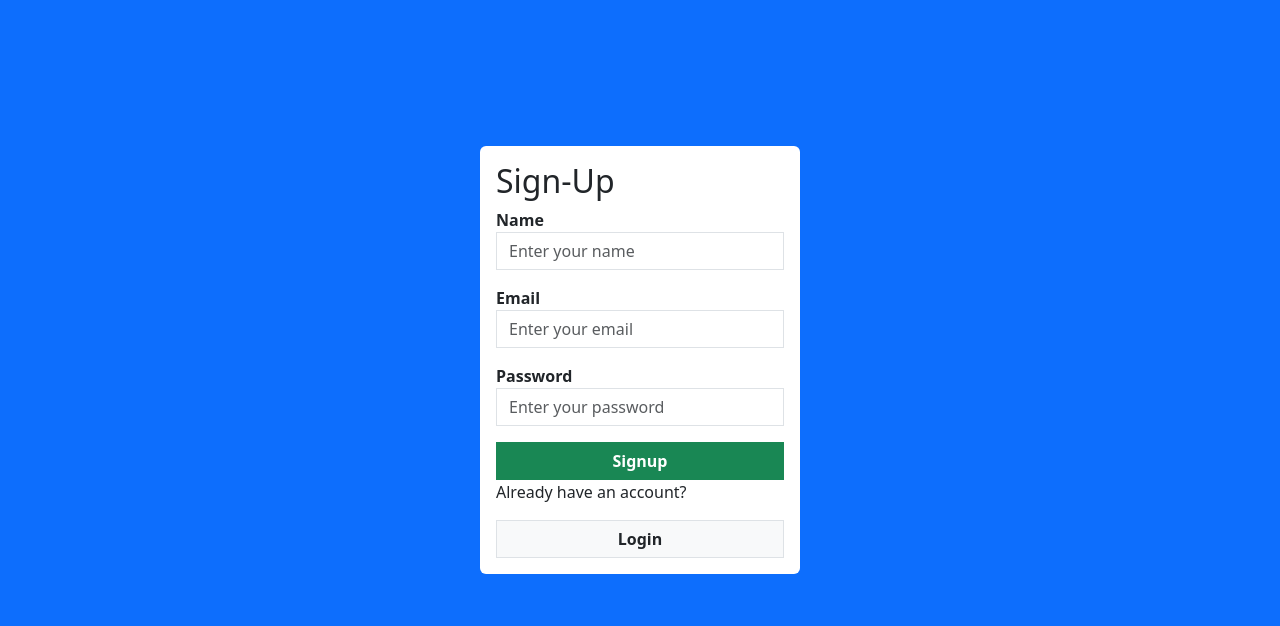
Repository: Habeebur1493/App
Page: /signup (app in frontend/src/)
The author's editor kept a copy of each file at every save. The page is drawn from the files as they stood at one save, then again after the next save.
The browser window is 1280 px wide. The pictures show the whole page.
The project was rebuilt for these pictures with package versions that can differ from the ones it lists, and the page was loaded fresh each time. Also part of the build but not shown: frontend/src/LoginValidation.js, frontend/src/Login.js, frontend/src/Home.js, frontend/src/ViewProduct.js, frontend/src/ProductForm.js, frontend/src/AddProduct.js.

Above is the page before, as saved 2025-02-16 22:57:49.

After the next save:
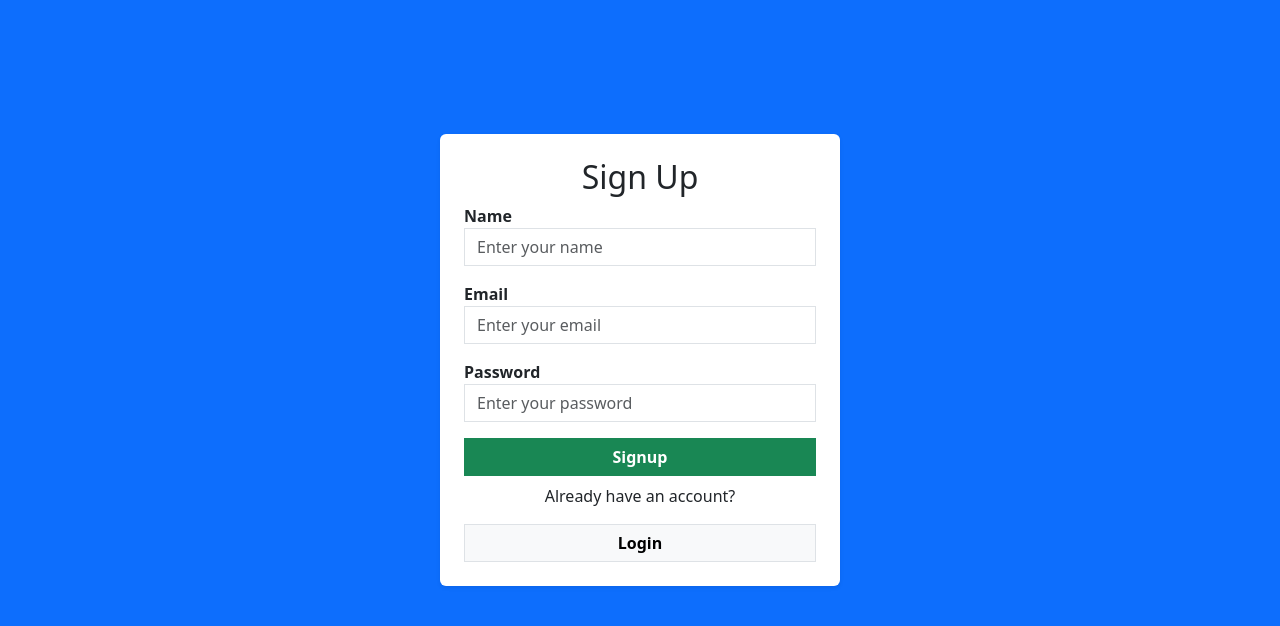
Saved 79 s later.
--- a/frontend/src/Signup.js
+++ b/frontend/src/Signup.js
@@ -1,63 +1,83 @@
-import React, { useState } from 'react'
-import { Link } from 'react-router-dom'
+import React, { useState } from 'react';
+import { Link } from 'react-router-dom';
 import validation from './SignupValidation';
 import axios from 'axios';
 import { useNavigate } from 'react-router-dom';
 
 function Signup() {
-    const [values, setvalues] = useState({
+    const [values, setValues] = useState({
         name: "",
         email: "",
         password: ""
-    })
+    });
     const navigate = useNavigate();
-    const [errors, seterrors] = useState({})
+    const [errors, setErrors] = useState({});
+
     const handleInput = (event) => {
-        setvalues(prev => ({...prev, [event.target.name]: event.target.value}))
-    }
+        setValues(prev => ({ ...prev, [event.target.name]: event.target.value }));
+    };
 
     const handleSubmit = (event) => {
         event.preventDefault();
-        seterrors(validation(values));
-        if(errors.name ==="" && errors.email ==="" && errors.password ===""){
+        const validationErrors = validation(values);
+        setErrors(validationErrors);
+
+        if (Object.keys(validationErrors).length === 0) {
             axios.post('http://localhost:3001/signup', values)
-            .then(res => {
-                navigate('/');
-            })
-            .catch(err => console.log(err));
-            }
+                .then(res => {
+                    navigate('/');
+                })
+                .catch(err => console.log(err));
+        }
+    };
 
-    }
-  return (
-    <div className='d-flex justify-content-center align-items-center bg-primary vh-100'>
-        <div className='bg-white p-3 rounded w-25'>
-            <h2>Sign-Up</h2>
-            <form action="" onSubmit={handleSubmit}>
-            <div className='mb-3'>
-                    <label htmlFor='name'><strong>Name</strong></label>
-                    <input type="text" placeholder='Enter your name' name='name'
-                   onChange={handleInput}  className='form-control rounded-0'/>
-                    <span>{errors.name && <span className='text-danger' >{errors.name}</span>}</span>
-                </div>
-                <div className='mb-3'>
-                    <label htmlFor='email'><strong>Email</strong></label>
-                    <input type="email" placeholder='Enter your email' name='email'
-                    onChange={handleInput} className='form-control rounded-0'/>
-                     <span>{errors.email && <span className='text-danger' >{errors.email}</span>}</span>
-                </div>
-                <div className='mb-3'>
-                    <label htmlFor='password'><strong>Password</strong></label>
-                    <input type="password" placeholder='Enter your password' name='password'
-                    onChange={handleInput} className='form-control rounded-0'/>
-                    <span>{errors.password && <span className='text-danger' >{errors.password}</span>}</span>
-                </div>
-                <button type='submit' className='btn btn-success w-100 rounded-0'><strong>Signup</strong></button>
-                <p>Already have an account?</p>
-                <Link to="/" className='btn btn-default border w-100 rounded-0 bg-light text-decoration-none'><strong>Login</strong></Link>
-            </form>
+    return (
+        <div className='d-flex justify-content-center align-items-center bg-primary vh-100'>
+            <div className='bg-white p-4 rounded w-100 shadow-sm' style={{ maxWidth: '400px' }}>
+                <h2 className='text-center'>Sign Up</h2>
+                <form onSubmit={handleSubmit}>
+                    <div className='mb-3'>
+                        <label htmlFor='name'><strong>Name</strong></label>
+                        <input
+                            type='text'
+                            placeholder='Enter your name'
+                            name='name'
+                            onChange={handleInput}
+                            className='form-control rounded-0'
+                        />
+                        {errors.name && <span className='text-danger'>{errors.name}</span>}
+                    </div>
+                    <div className='mb-3'>
+                        <label htmlFor='email'><strong>Email</strong></label>
+                        <input
+                            type='email'
+                            placeholder='Enter your email'
+                            name='email'
+                            onChange={handleInput}
+                            className='form-control rounded-0'
+                        />
+                        {errors.email && <span className='text-danger'>{errors.email}</span>}
+                    </div>
+                    <div className='mb-3'>
+                        <label htmlFor='password'><strong>Password</strong></label>
+                        <input
+                            type='password'
+                            placeholder='Enter your password'
+                            name='password'
+                            onChange={handleInput}
+                            className='form-control rounded-0'
+                        />
+                        {errors.password && <span className='text-danger'>{errors.password}</span>}
+                    </div>
+                    <button type='submit' className='btn btn-success w-100 rounded-0'><strong>Signup</strong></button>
+                    <p className='text-center mt-2'>Already have an account?</p>
+                    <Link to='/' className='btn btn-light border w-100 rounded-0 text-decoration-none'>
+                        <strong>Login</strong>
+                    </Link>
+                </form>
+            </div>
         </div>
-    </div>
-  )
+    );
 }
 
-export default Signup
+export default Signup;
